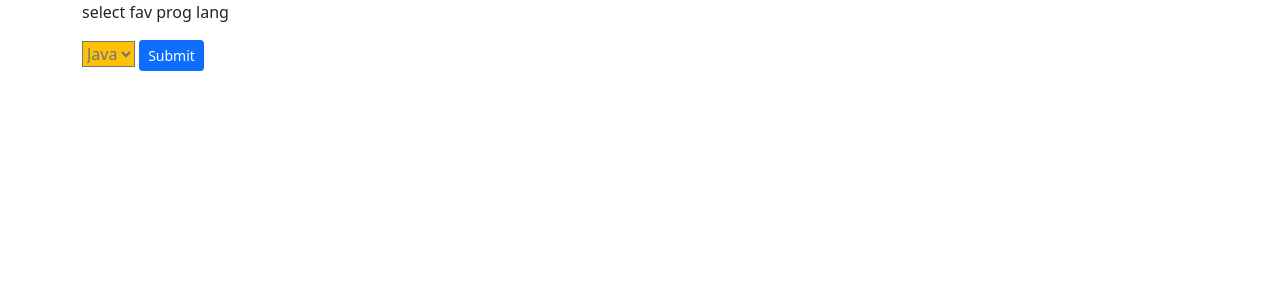
Repository: shivamaninalla/Bank-Application-JSP
Page: http://localhost/03-jsp-form2/cookie.jsp
An editor plug-in stored every save of this project. The page is shown before and after the next save, followed by the edit.
The browser window is 1280 px wide. The pictures show the whole page.
The page is served by Tomcat 9.

Above is the page before, as saved 2024-07-15 15:07:21.

After the next save:
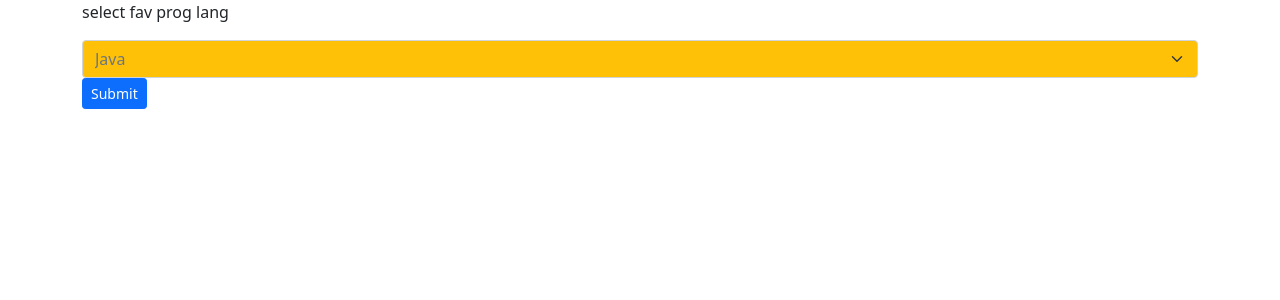
Saved 3 min 59 s later.
--- a/03-jsp-form2/WebContent/cookie.jsp
+++ b/03-jsp-form2/WebContent/cookie.jsp
@@ -13,7 +13,7 @@
   <form action="cookieresponse.jsp", method="get">
   <div class="container">
   <p>select fav prog lang</p>
-  <select class="bg-warning text-secondary"name="fl" id="">
+  <select class="form-select bg-warning text-secondary"name="fl" id="">
       <option value="java">Java</option>
       <option value="C++">C++</option>
       <option value="C">C</option>

After the 2 saves that followed:
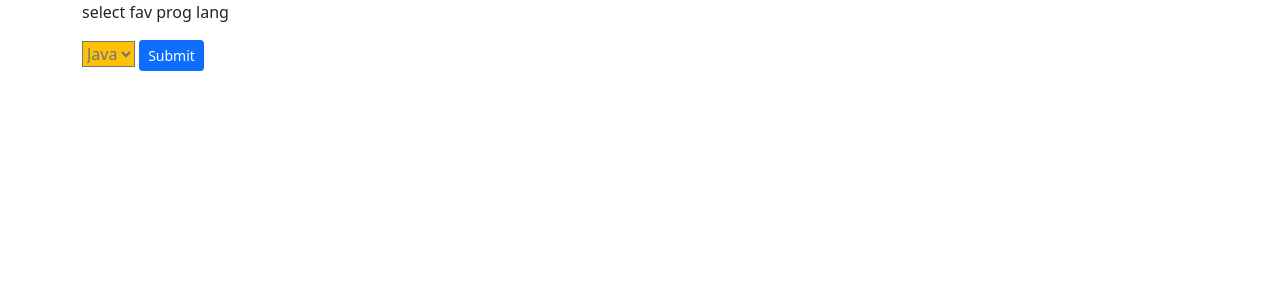
The 2 saves are shown as one change because 1 left the picture as it was.
The last was saved 60 s later.
--- a/03-jsp-form2/WebContent/cookie.jsp
+++ b/03-jsp-form2/WebContent/cookie.jsp
@@ -13,7 +13,7 @@
   <form action="cookieresponse.jsp", method="get">
   <div class="container">
   <p>select fav prog lang</p>
-  <select class="form-select bg-warning text-secondary"name="fl" id="">
+  <select class=" custom-select bg-warning text-secondary"name="fl" id="">
       <option value="java">Java</option>
       <option value="C++">C++</option>
       <option value="C">C</option>
